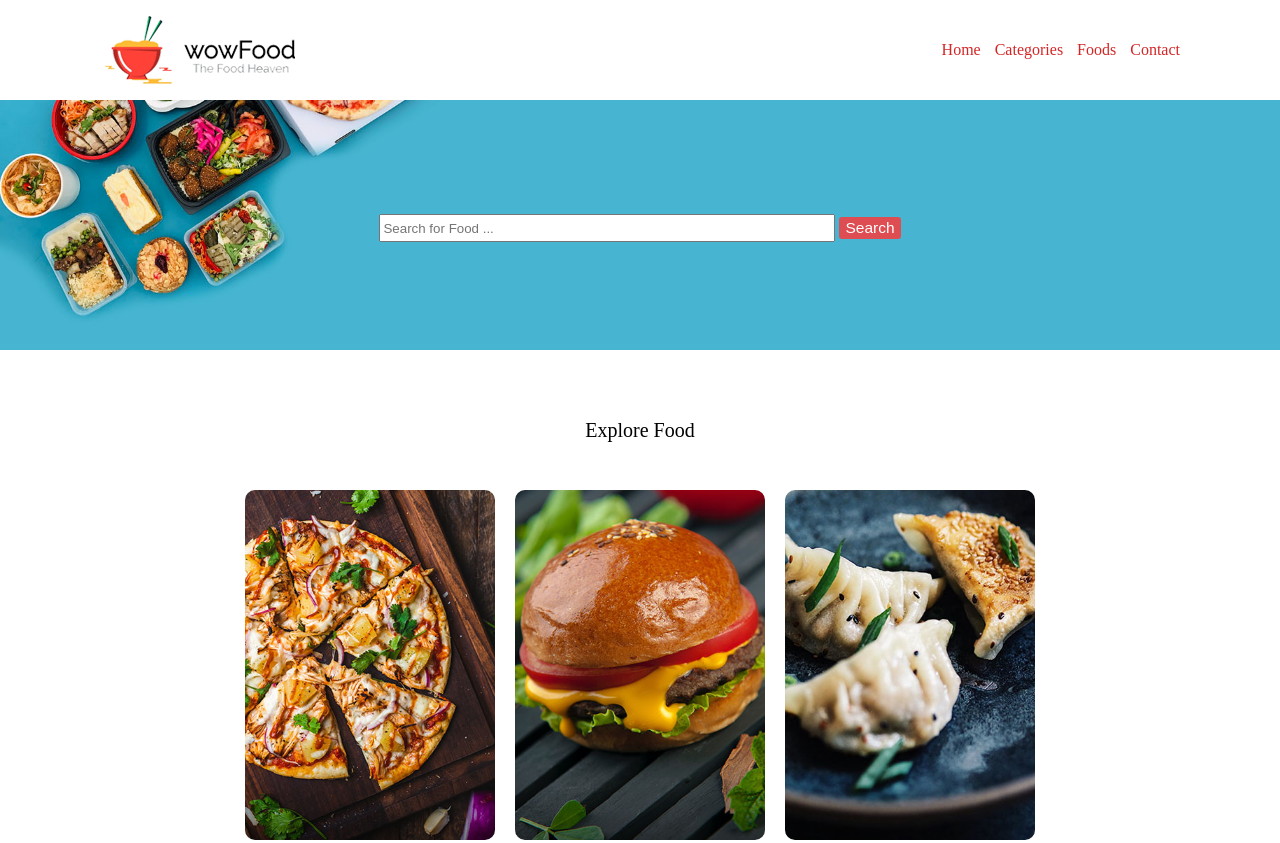
Repository: ruaruababa/WowFood
Page: index.html
An editor plug-in stored every save of this project. The page is shown before and after a run of saves, followed by the edit.
The browser window is 1280 px wide. The pictures show the whole page.

Above is the page before, as saved 2021-09-17 23:26:39.

After the next 2 saves:
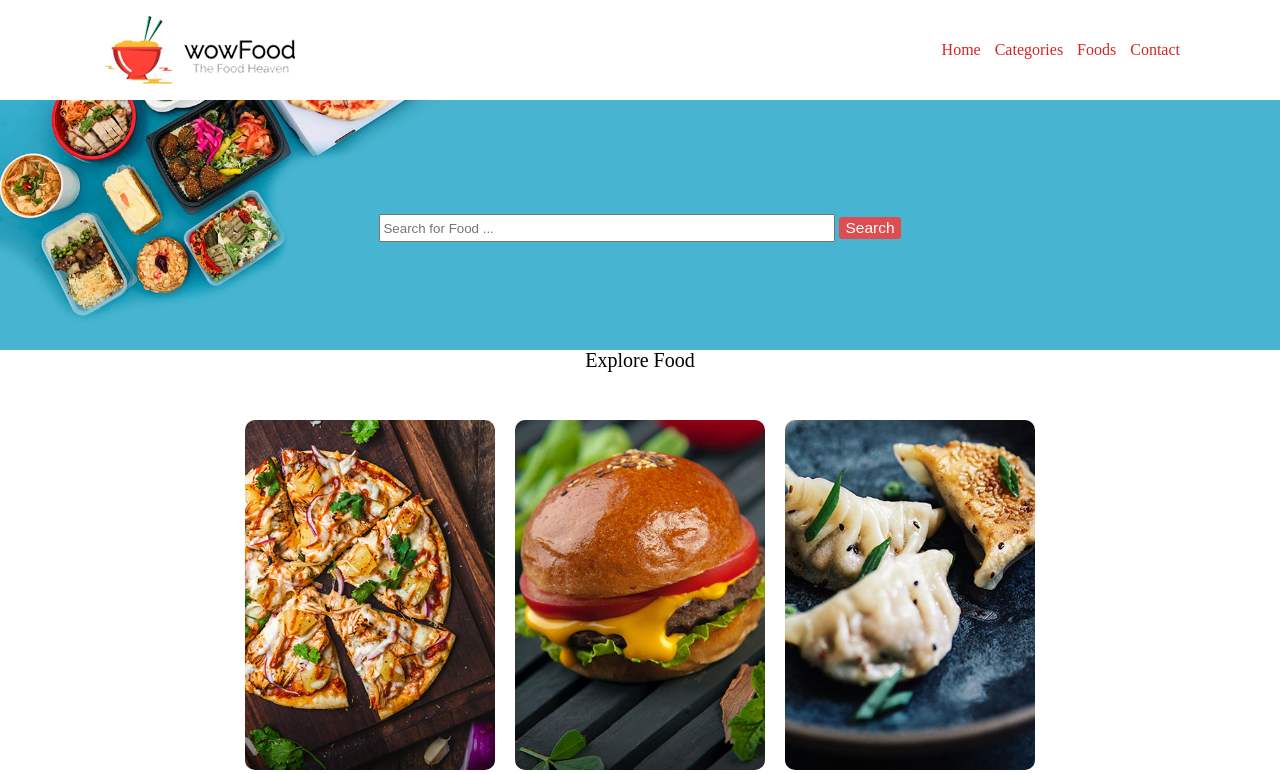
The 2 saves are shown as one change because they came seconds apart.
The last was saved 2 min 26 s later.
--- a/style.css
+++ b/style.css
@@ -68,7 +68,7 @@ nav{
 }
 section{
     position: relative;
-    top: 70px;
+    padding: 70px;
 }
 .explore-food{
     text-align: center;
